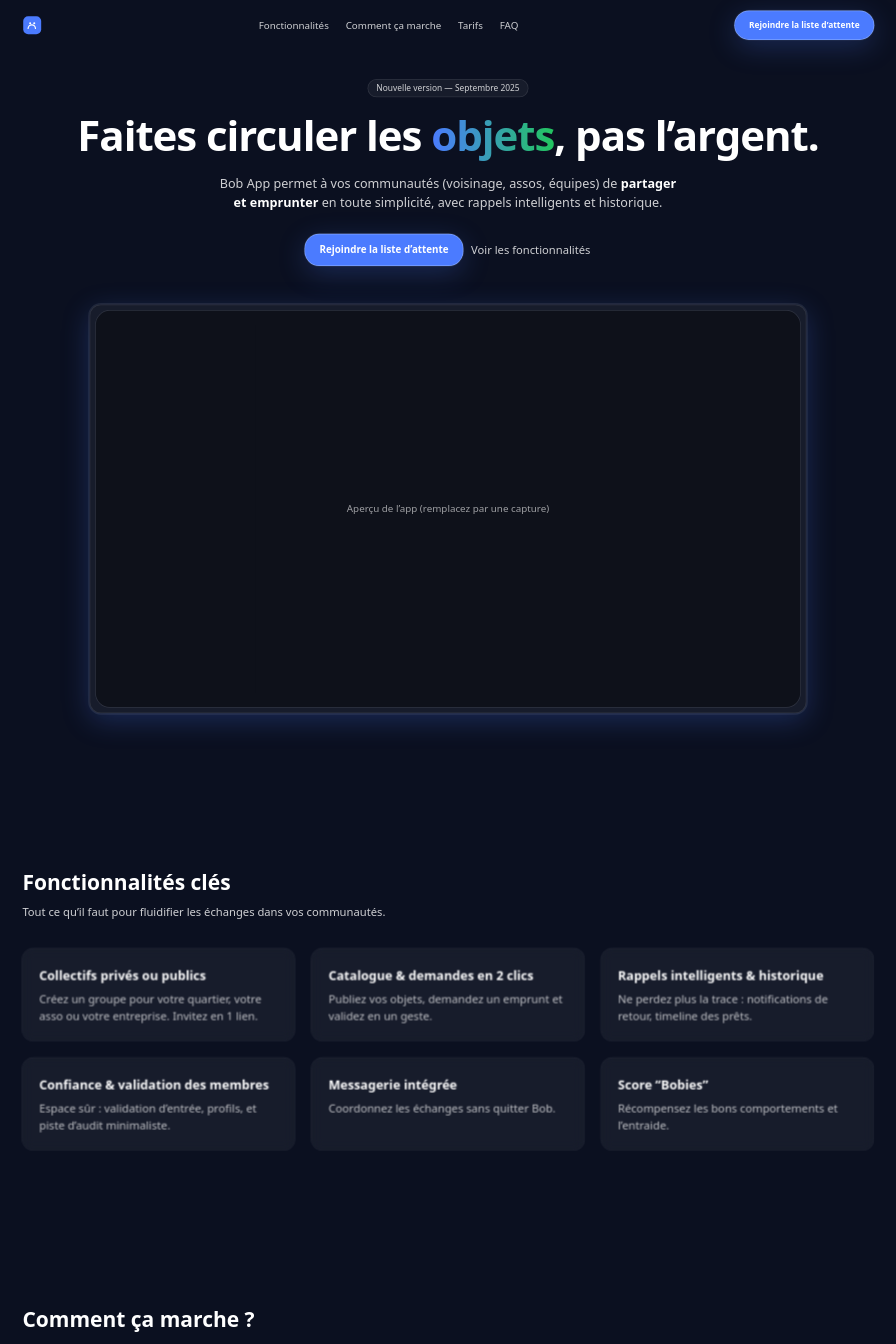
Repository: JeanCharlesMEILLAND/new-bob
Page: /
These files come from the project's save history. The page is drawn as it stood at one moment and after the next save; the edit follows.
The browser window is 1280 px wide. The pictures show the part of the page from y = 0 to 1920 px (the page is 5044 px tall before and 5048 px after), at 70% of full size.
The page's requests for data from a server got no answer. The project was rebuilt for these pictures with package versions that can differ from the ones it lists, and the page was loaded fresh each time. The framework's server and built-in components were replaced by stand-ins that run in the browser. No one was signed in, and anything a server would have sent is missing. Also part of the build but not shown: next.config.ts.

Above is the page before, as saved 2025-08-12 01:05:35.

### src/app/layout.tsx
import type { Metadata } from 'next'
import './globals.css'
import { inter, jakarta } from './fonts'
import Navbar from '@/components/Navbar'
import Footer from '@/components/Footer'
import Analytics from '@/components/Analytics'

const name = process.env.NEXT_PUBLIC_SITE_NAME || 'Bob App'
const baseUrl = process.env.NEXT_PUBLIC_SITE_URL || 'https://www.bobapp.fr'

export const metadata: Metadata = {
  metadataBase: new URL(baseUrl),
  title: `${name} — Partagez & empruntez simplement`,
  description:
    'Bob App permet à vos communautés de partager et emprunter des objets en toute simplicité, avec rappels et historique. Faites circuler les objets, pas l’argent.',
  alternates: { canonical: '/' },
  openGraph: {
    title: `${name} — Partagez & empruntez simplement`,
    description:
      'Faites circuler les objets, pas l’argent. Bob App facilite le prêt et l’emprunt au sein de vos collectifs.',
    url: baseUrl,
    siteName: name,
    images: ['/api/og'],
    type: 'website',
  },
  twitter: {
    card: 'summary_large_image',
    title: `${name} — Partagez & empruntez simplement`,
    description: 'Faites circuler les objets, pas l’argent.',
    images: ['/api/og'],
  },
  robots: { index: true, follow: true },
}

export default function RootLayout({ children }: { children: React.ReactNode }) {
  return (
    <html lang="fr" className={`${inter.variable} ${jakarta.variable}`}>
      <body className="min-h-screen bg-[--bg] text-[--fg] antialiased">
        <Navbar />
        <main>{children}</main>
        <Footer />
        <Analytics />
      </body>
    </html>
  )
}

### src/app/page.tsx
import Hero from '@/components/sections/Hero'
import Features from '@/components/sections/Features'
import HowItWorks from '@/components/sections/HowItWorks'
import Showcase from '@/components/sections/Showcase'
import Testimonials from '@/components/sections/Testimonials'
import Pricing from '@/components/sections/Pricing'
import CTA from '@/components/sections/CTA'

export default function Page() {
  return (
    <>
      <Hero />
      <Features />
      <HowItWorks />
      <Showcase />
      <Testimonials />
      <Pricing />
      <CTA />
    </>
  )
}

### src/app/globals.css
@import "tailwindcss";

:root {
  --bg: #0b1020;
  --fg: #ffffff;
}

html, body {
  scroll-behavior: smooth;
  background: var(--bg);
  color: var(--fg);
}

/* === Tokens Tailwind v4 pour tes classes custom === */
@theme {
  /* Colors */
  --color-ink: #0f172a;
  --color-brand-50:  #f3f7ff;
  --color-brand-100: #e8efff;
  --color-brand-200: #cfe0ff;
  --color-brand-300: #a6c2ff;
  --color-brand-400: #7ba1ff;
  --color-brand-500: #4b7bff;
  --color-brand-600: #2f5df3;
  --color-brand-700: #2549c6;
  --color-brand-800: #1f3ca0;
  --color-brand-900: #1e367f;

  /* Radius */
  --radius-xl2: 1.25rem; /* => rounded-xl2 */

  /* Shadows */
  --shadow-glow: 0 0 0 2px rgba(255,255,255,0.08),
                 0 10px 40px rgba(75,123,255,0.25); /* => shadow-glow */
}
.container-gutter {
  @apply mx-auto max-w-7xl px-6 md:px-8;
}

.section {
  @apply py-20 md:py-28;
}

.card {
  @apply rounded-2xl bg-white/5 ring-1 ring-white/10 backdrop-blur;
}

.gradient-text {
  background: linear-gradient(90deg, #4b7bff 0%, #22c55e 100%);
  -webkit-background-clip: text;
  -webkit-text-fill-color: transparent;
  background-clip: text;
  color: transparent;
}

.bg-grid {
  background-image: linear-gradient(to right, rgba(255,255,255,0.06) 1px, transparent 1px),
    linear-gradient(to bottom, rgba(255,255,255,0.06) 1px, transparent 1px);
  background-size: 24px 24px;
}

*:focus-visible {
  outline: 2px solid rgba(75,123,255,0.9);
  outline-offset: 2px;
}

### src/app/fonts.ts
import { Inter, Plus_Jakarta_Sans } from 'next/font/google'

export const inter = Inter({
  subsets: ['latin'],
  variable: '--font-inter',
  display: 'swap',
})

export const jakarta = Plus_Jakarta_Sans({
  subsets: ['latin'],
  variable: '--font-jakarta',
  display: 'swap',
})

### src/components/Navbar.tsx
'use client'

import Link from 'next/link'
import Container from './ui/Container'
import Logo from './Logo'
import Button from './ui/Button'
import { useState, useEffect } from 'react'
import { clsx } from 'clsx'

export default function Navbar() {
  const [scrolled, setScrolled] = useState(false)

  useEffect(() => {
    const onScroll = () => setScrolled(window.scrollY > 20)
    onScroll()
    window.addEventListener('scroll', onScroll)
    return () => window.removeEventListener('scroll', onScroll)
  }, [])

  return (
    <header
      className={clsx(
        'fixed inset-x-0 top-0 z-50 transition-all',
        scrolled ? 'bg-black/50 backdrop-blur ring-1 ring-white/10' : 'bg-transparent'
      )}
    >
      <Container className="flex items-center justify-between py-4">
        <Link href="/" className="flex items-center gap-2" aria-label="Accueil Bob App">
          <Logo />
          <span className="sr-only">Bob App</span>
        </Link>

        <nav aria-label="Navigation principale" className="hidden md:flex items-center gap-6 text-sm text-white/80">
          <a href="#features" className="hover:text-white">Fonctionnalités</a>
          <a href="#how" className="hover:text-white">Comment ça marche</a>
          <a href="#pricing" className="hover:text-white">Tarifs</a>
          <a href="#faq" className="hover:text-white">FAQ</a>
        </nav>

        <div className="flex items-center gap-3">
          <Button href="#waitlist" variant="primary" size="sm" className="hidden md:inline-flex">
            Rejoindre la liste d’attente
          </Button>
        </div>
      </Container>
    </header>
  )
}

### src/components/Footer.tsx
import Container from './ui/Container'

export default function Footer() {
  return (
    <footer className="border-t border-white/10 py-10 text-sm">
      <Container className="flex flex-col md:flex-row items-center justify-between gap-6 text-white/60">
        <p>© {new Date().getFullYear()} Bob App — Tous droits réservés.</p>
        <div className="flex items-center gap-6">
          <a href="/legal/terms" className="hover:text-white/90">CGU</a>
          <a href="/legal/privacy" className="hover:text-white/90">Vie privée</a>
          <a href="mailto:hello@bobapp.fr" className="hover:text-white/90">Contact</a>
        </div>
      </Container>
    </footer>
  )
}

### src/components/Analytics.tsx
'use client'

import Script from 'next/script'

export default function Analytics() {
  const gaId = process.env.NEXT_PUBLIC_GA_ID
  if (!gaId) return null

  return (
    <>
      <Script
        src={`https://www.googletagmanager.com/gtag/js?id=${gaId}`}
        strategy="afterInteractive"
      />
      <Script id="ga" strategy="afterInteractive">
        {`
        window.dataLayer = window.dataLayer || [];
        function gtag(){dataLayer.push(arguments);}
        gtag('js', new Date());
        gtag('config', '${gaId}');
        `}
      </Script>
    </>
  )
}

### src/components/sections/Hero.tsx
import Button from '@/components/ui/Button'
import Container from '@/components/ui/Container'

export default function Hero() {
  return (
    <section className="relative section pt-36">
      <div className="absolute inset-0 -z-10 bg-hero-radial bg-no-repeat opacity-70" />
      <div className="absolute inset-0 -z-20 bg-grid opacity-[0.25] [mask-image:radial-gradient(circle at center,black,transparent_70%)]" />
      <Container className="text-center">
        <div className="inline-flex items-center gap-2 rounded-full border border-white/10 bg-white/5 px-3 py-1 text-xs text-white/80">
          Nouvelle version — Septembre 2025
        </div>
        <h1 className="mt-6 text-5xl font-extrabold tracking-tight sm:text-6xl">
          Faites circuler les <span className="gradient-text">objets</span>, pas l’argent.
        </h1>
        <p className="mx-auto mt-6 max-w-2xl text-lg text-white/80">
          Bob App permet à vos communautés (voisinage, assos, équipes) de{' '}
          <strong className="text-white">partager et emprunter</strong> en toute simplicité,
          avec rappels intelligents et historique.
        </p>
        <div className="mt-8 flex flex-wrap items-center justify-center gap-3">
          <Button href="#waitlist" ariaLabel="Rejoindre la liste d’attente">
            Rejoindre la liste d’attente
          </Button>
          <a
            href="#features"
            className="text-white/80 hover:text-white underline-offset-4 hover:underline"
          >
            Voir les fonctionnalités
          </a>
        </div>

        <div
          aria-hidden="true"
          className="mx-auto mt-14 max-w-5xl rounded-2xl border border-white/10 bg-white/5 p-2 shadow-glow"
        >
          <div className="aspect-[16/9] w-full rounded-xl2 bg-black/40 ring-1 ring-white/10 flex items-center justify-center text-white/60">
            <span className="text-sm">Aperçu de l’app (remplacez par une capture)</span>
          </div>
        </div>
      </Container>
    </section>
  )
}

### src/components/sections/Features.tsx
import Container from '@/components/ui/Container'

const FEATURES = [
  {
    title: 'Collectifs privés ou publics',
    desc: 'Créez un groupe pour votre quartier, votre asso ou votre entreprise. Invitez en 1 lien.',
  },
  {
    title: 'Catalogue & demandes en 2 clics',
    desc: 'Publiez vos objets, demandez un emprunt et validez en un geste.',
  },
  {
    title: 'Rappels intelligents & historique',
    desc: 'Ne perdez plus la trace : notifications de retour, timeline des prêts.',
  },
  {
    title: 'Confiance & validation des membres',
    desc: 'Espace sûr : validation d’entrée, profils, et piste d’audit minimaliste.',
  },
  {
    title: 'Messagerie intégrée',
    desc: 'Coordonnez les échanges sans quitter Bob.',
  },
  {
    title: 'Score “Bobies”',
    desc: 'Récompensez les bons comportements et l’entraide.',
  },
]

export default function Features() {
  return (
    <section id="features" className="section">
      <Container>
        <h2 className="text-3xl font-bold">Fonctionnalités clés</h2>
        <p className="mt-3 max-w-2xl text-white/80">
          Tout ce qu’il faut pour fluidifier les échanges dans vos communautés.
        </p>

        <div className="mt-10 grid grid-cols-1 gap-6 md:grid-cols-2 lg:grid-cols-3">
          {FEATURES.map((f) => (
            <div key={f.title} className="card p-6 hover:shadow-glow transition-shadow">
              <h3 className="text-lg font-semibold">{f.title}</h3>
              <p className="mt-2 text-white/75">{f.desc}</p>
            </div>
          ))}
        </div>
      </Container>
    </section>
  )
}

### src/components/sections/HowItWorks.tsx
import Container from '@/components/ui/Container'

const STEPS = [
  { title: 'Créez votre collectif', desc: 'Voisins, asso, équipe — avec validation des membres.' },
  { title: 'Publiez vos objets', desc: 'Ajoutez photos, dispo et conditions simples.' },
  { title: 'Empruntez en 2 clics', desc: 'Demande, validation, rendez-vous — c’est tracé.' },
  { title: 'Retour & feedback', desc: 'Rappels automatiques, historique et “Bobies”.' },
]

export default function HowItWorks() {
  return (
    <section id="how" className="section">
      <Container>
        <h2 className="text-3xl font-bold">Comment ça marche ?</h2>
        <div className="mt-10 grid gap-6 md:grid-cols-4">
          {STEPS.map((s, i) => (
            <div key={s.title} className="card p-6">
              <div className="flex h-10 w-10 items-center justify-center rounded-full bg-white/10 ring-1 ring-white/20">
                {i + 1}
              </div>
              <h3 className="mt-4 font-semibold">{s.title}</h3>
              <p className="mt-2 text-white/75">{s.desc}</p>
            </div>
          ))}
        </div>
      </Container>
    </section>
  )
}

### src/components/sections/Showcase.tsx
import Container from '@/components/ui/Container'

export default function Showcase() {
  return (
    <section className="section">
      <Container>
        <div className="grid items-center gap-8 md:grid-cols-2">
          <div>
            <h2 className="text-3xl font-bold">Pensé pour l’usage quotidien</h2>
            <p className="mt-3 text-white/80">
              Rappels discrets, timeline claire, et un catalogue agréable à parcourir.
              Remplacez les groupes de messagerie par une interface structurée, avec historique et validation.
            </p>
            <ul className="mt-6 space-y-2 text-white/80">
              <li>• Accès par lien/QR au collectif</li>
              <li>• Notifications de retour</li>
              <li>• Historique de prêts/retours</li>
              <li>• Messagerie légère intégrée</li>
            </ul>
          </div>
          <div className="rounded-2xl border border-white/10 bg-white/5 p-2">
            <div className="aspect-[9/16] w-full rounded-xl2 bg-black/40 ring-1 ring-white/10 flex items-center justify-center text-white/60">
              <span className="text-sm">Mockup mobile — remplacez par un screen</span>
            </div>
          </div>
        </div>
      </Container>
    </section>
  )
}

### src/components/sections/Testimonials.tsx
import Container from '@/components/ui/Container'

const TESTIMONIALS = [
  {
    name: 'Sarah, présidente d’asso',
    text: 'On a évité l’achat de matériel en doublon. L’interface est simple et tout le monde s’y retrouve.',
  },
  {
    name: 'Karim, voisinage',
    text: 'On se prête outillage et jeux pour les enfants. Les rappels évitent les oublis.',
  },
  {
    name: 'Élodie, RH',
    text: 'Parfait pour animer un collectif interne sur plusieurs sites. Traçabilité légère mais suffisante.',
  },
]

export default function Testimonials() {
  return (
    <section className="section">
      <Container>
        <h2 className="text-3xl font-bold">Ils en parlent</h2>
        <div className="mt-8 grid gap-6 md:grid-cols-3">
          {TESTIMONIALS.map((t) => (
            <figure key={t.name} className="card p-6">
              <blockquote className="text-white/90">&ldquo;{t.text}&rdquo;</blockquote>
              <figcaption className="mt-4 text-white/60">— {t.name}</figcaption>
            </figure>
          ))}
        </div>
      </Container>
    </section>
  )
}

### src/components/sections/Pricing.tsx
import Container from '@/components/ui/Container'
import Button from '@/components/ui/Button'

export default function Pricing() {
  return (
    <section id="pricing" className="section">
      <Container>
        <h2 className="text-3xl font-bold">Tarifs simples</h2>
        <p className="mt-3 max-w-2xl text-white/80">
          Démarrez gratuitement. Montez en puissance avec votre collectif.
        </p>

        <div className="mt-10 grid gap-6 md:grid-cols-3">
          <div className="card p-6">
            <h3 className="text-xl font-bold">Gratuit</h3>
            <p className="mt-1 text-white/70">Pour tester en petit comité</p>
            <ul className="mt-4 space-y-2 text-white/80">
              <li>• Jusqu’à 20 membres</li>
              <li>• 50 objets</li>
              <li>• Rappels & historique</li>
            </ul>
            <Button href="#waitlist" className="mt-6 w-full">
              Démarrer
            </Button>
          </div>

          <div className="card p-6 ring-2 ring-brand-500">
            <h3 className="text-xl font-bold">Communauté</h3>
            <p className="mt-1 text-white/70">Pour une asso ou un quartier</p>
            <ul className="mt-4 space-y-2 text-white/80">
              <li>• Jusqu’à 200 membres</li>
              <li>• Illimité objets</li>
              <li>• Messagerie + “Bobies”</li>
            </ul>
            <Button href="#waitlist" className="mt-6 w-full">
              Rejoindre
            </Button>
          </div>

          <div className="card p-6">
            <h3 className="text-xl font-bold">Entreprise</h3>
            <p className="mt-1 text-white/70">Pour équipes & sites multiples</p>
            <ul className="mt-4 space-y-2 text-white/80">
              <li>• Membres illimités</li>
              <li>• Admin & SSO</li>
              <li>• SLA & support</li>
            </ul>
            <Button href="#waitlist" className="mt-6 w-full">
              Contacter
            </Button>
          </div>
        </div>
      </Container>
    </section>
  )
}

### src/components/sections/CTA.tsx
'use client'

import { useState } from 'react'
import Container from '@/components/ui/Container'
import Button from '@/components/ui/Button'

export default function CTA() {
  const [email, setEmail] = useState('')
  const [status, setStatus] = useState<'idle' | 'loading' | 'ok' | 'err'>('idle')

  async function join(e: React.FormEvent) {
    e.preventDefault()
    setStatus('loading')
    try {
      const res = await fetch('/api/waitlist', {
        method: 'POST',
        headers: { 'Content-Type': 'application/json' },
        body: JSON.stringify({ email }),
      })
      if (!res.ok) throw new Error('HTTP ' + res.status)
      setStatus('ok')
      setEmail('')
    } catch {
      setStatus('err')
    }
  }

  return (
    <section id="waitlist" className="section">
      <Container className="text-center">
        <h2 className="text-3xl font-bold">Rejoignez la liste d’attente</h2>
        <p className="mt-3 text-white/80">
          Soyez les premiers informés du lancement, recevez des accès anticipés et des bonus de
          démarrage.
        </p>
        <form onSubmit={join} className="mx-auto mt-8 flex max-w-md items-center gap-2">
          <label className="sr-only" htmlFor="email">
            Adresse email
          </label>
          <input
            id="email"
            required
            type="email"
            placeholder="votre@email.fr"
            value={email}
            onChange={(e) => setEmail(e.target.value)}
            className="w-full rounded-xl2 border border-white/10 bg-white/10 px-4 py-3 text-white placeholder-white/50 focus:outline-none"
          />
          <Button type="submit" className="whitespace-nowrap">
            {status === 'loading'
              ? 'Envoi…'
              : status === 'ok'
              ? 'Inscrit ✔︎'
              : 'S’inscrire'}
          </Button>
        </form>
        {status === 'err' && (
          <p className="mt-2 text-red-300">Oups, une erreur est survenue. Réessayez.</p>
        )}
      </Container>
    </section>
  )
}

### src/components/ui/Container.tsx
import { clsx } from 'clsx'

export default function Container({
  children,
  className
}: {
  children: React.ReactNode
  className?: string
}) {
  return <div className={clsx('container-gutter', className)}>{children}</div>
}

### src/components/Logo.tsx
export default function Logo({ className = 'h-7 w-auto' }: { className?: string }) {
  return (
    <svg className={className} viewBox="0 0 48 48" fill="none" aria-label="Bob App logo">
      <rect x="2" y="2" width="44" height="44" rx="12" fill="url(#g)" />
      <path d="M14 32c0-5 4-9 9-9s9 4 9 9" stroke="white" strokeWidth="3" strokeLinecap="round" />
      <circle cx="19" cy="19" r="2.5" fill="white" />
      <circle cx="29" cy="19" r="2.5" fill="white" />
      <defs>
        <linearGradient id="g" x1="2" y1="2" x2="46" y2="46">
          <stop stopColor="#4b7bff" />
          <stop offset="1" stopColor="#22c55e" />
        </linearGradient>
      </defs>
    </svg>
  )
}

### src/components/ui/Button.tsx
import { clsx } from 'clsx'
import Link from 'next/link'

type Variant = 'primary' | 'secondary' | 'ghost'
type Size = 'sm' | 'md' | 'lg'

type Props = {
  href?: string
  children: React.ReactNode
  onClick?: () => void
  className?: string
  type?: 'button' | 'submit' | 'reset'
  ariaLabel?: string
  variant?: Variant
  size?: Size
}

/* Base commune */
const baseClasses =
  'inline-flex items-center justify-center rounded-xl2 px-5 py-3 text-sm font-semibold transition-transform active:scale-[0.99] focus:outline-none focus-visible:ring-2 focus-visible:ring-brand-500'

/* Variantes de style (tokens @theme) */
const variantClasses: Record<Variant, string> = {
  primary:  'bg-brand-500 text-white hover:bg-brand-600 ring-1 ring-brand-400 shadow-glow',
  secondary:'bg-brand-100 text-brand-800 hover:bg-brand-200 ring-1 ring-brand-300',
  ghost:    'bg-transparent text-brand-500 hover:bg-brand-50 ring-1 ring-brand-200',
}

/* Tailles */
const sizeClasses: Record<Size, string> = {
  sm: 'px-3 py-2 text-xs',
  md: 'px-5 py-3 text-sm',
  lg: 'px-6 py-3.5 text-base',
}

export default function Button({
  href,
  children,
  onClick,
  className,
  type = 'button',
  ariaLabel,
  variant = 'primary',
  size = 'md',
}: Props) {
  const classes = clsx(baseClasses, variantClasses[variant], sizeClasses[size], className)

  if (href) {
    return (
      <Link href={href} aria-label={ariaLabel} className={classes}>
        {children}
      </Link>
    )
  }

  return (
    <button type={type} onClick={onClick} aria-label={ariaLabel} className={classes}>
      {children}
    </button>
  )
}

After the next save:
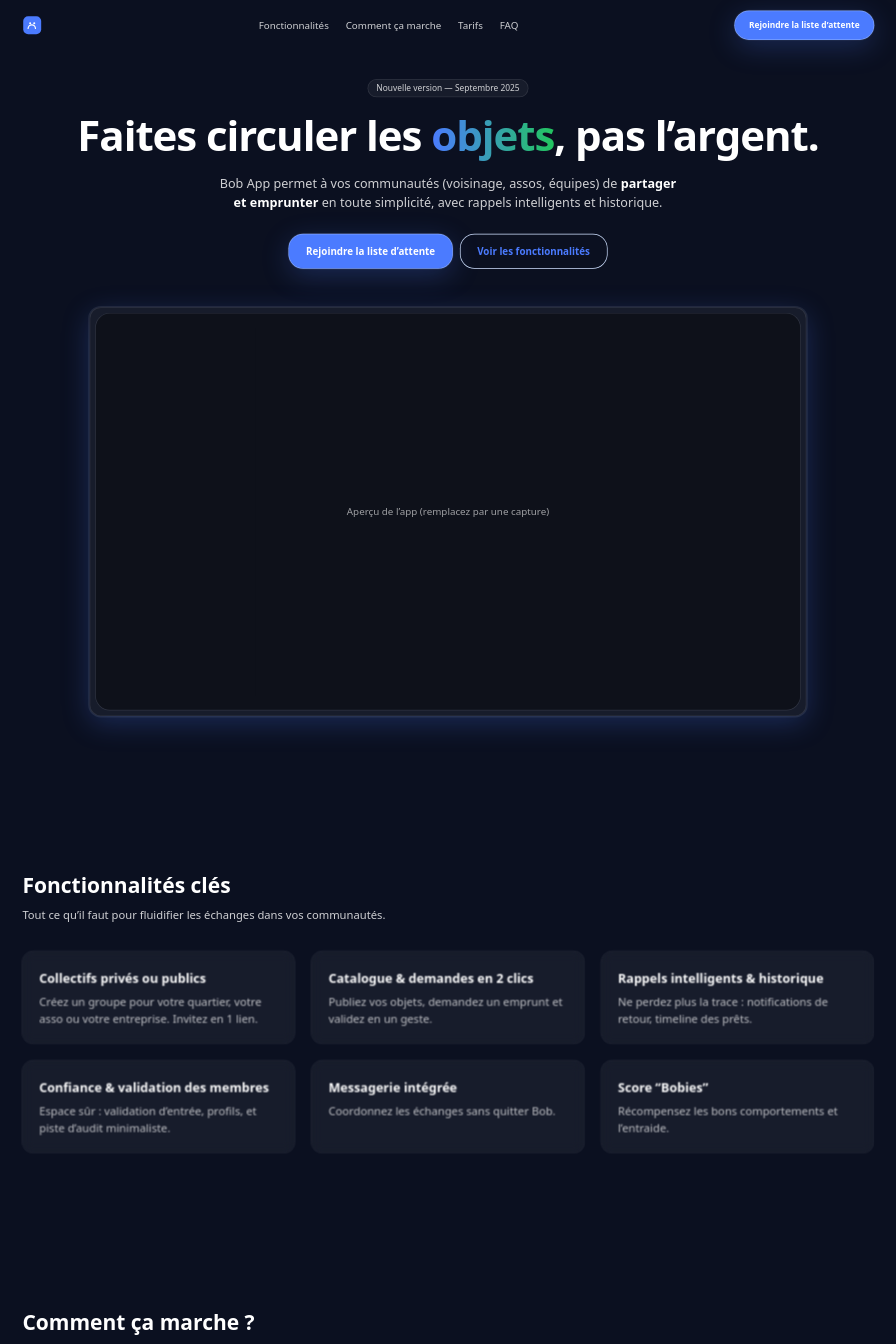
Saved 2 min 27 s later.
--- a/src/components/sections/Hero.tsx
+++ b/src/components/sections/Hero.tsx
@@ -19,15 +19,12 @@
           avec rappels intelligents et historique.
         </p>
         <div className="mt-8 flex flex-wrap items-center justify-center gap-3">
-          <Button href="#waitlist" ariaLabel="Rejoindre la liste d’attente">
+          <Button href="#waitlist" ariaLabel="Rejoindre la liste d’attente" variant="primary" size="lg">
             Rejoindre la liste d’attente
           </Button>
-          <a
-            href="#features"
-            className="text-white/80 hover:text-white underline-offset-4 hover:underline"
-          >
+          <Button href="#features" variant="ghost" size="lg" className="underline-offset-4">
             Voir les fonctionnalités
-          </a>
+          </Button>
         </div>
 
         <div
